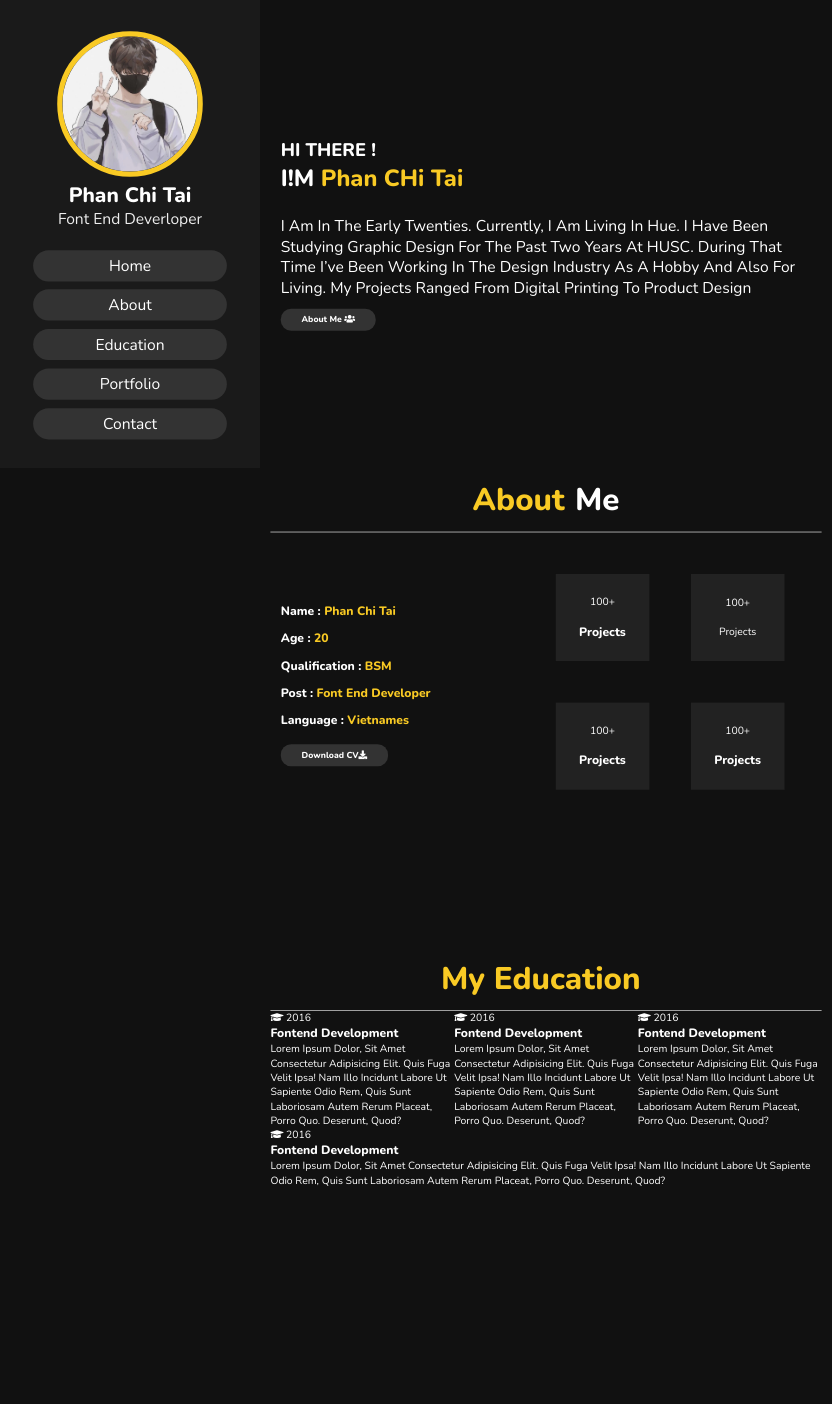
Repository: PCTai/My-profile
Page: index.html
An editor plug-in stored every save of this project. The page is shown before and after the next save, followed by the edit.
The browser window is 1280 px wide. The pictures show the whole page, at 65% of full size.

Above is the page before, as saved 2022-01-12 08:23:42.

### index.html
<!DOCTYPE html>
<html lang="en">
<head>
    <meta charset="UTF-8">
    <meta http-equiv="X-UA-Compatible" content="IE=edge">
    <meta name="viewport" content="width=device-width, initial-scale=1.0">
    <link rel="preconnect" href="https://fonts.googleapis.com">
    <link rel="preconnect" href="https://fonts.gstatic.com" crossorigin>
    <link href="https://fonts.googleapis.com/css2?family=Nunito:ital,wght@0,400;0,600;0,800;1,200;1,300&display=swap" rel="stylesheet">
    <link rel="stylesheet" href="./assets/font/fontawesome-free-5.15.3-web/css/all.css">

    <link rel="stylesheet" href="./assets/css/style.css">
    <link rel="stylesheet" href="./assets/css/reponsive.css">
    <title>Document</title>
</head>
<body>
    <span class="bg-layer"> </span>
    <!-- Header start -->
    <header>
        <div class="user">
            <img src="./assets/imgs/user.jpg" alt="">
            <h3 class="name">Phan Chi Tai</h3>
            <div class="post">Font End Deverloper</div>
        </div>
        <div class="navbar">
            <ul>
                <li><a href="#home">home</a></li>
                <li><a href="#about">About</a></li>
                <li><a href="#education">Education</a></li>
                <li><a href="#portfolio">Portfolio</a></li>
                <li><a href="#contact">Contact</a></li>
            </ul>
        </div>
    </header>
    <!-- Header end -->
    <div id="menu"class="fas fa-bars">
    </div>
    <!-- start home -->
    <section id="home" class="home">

        <h3>HI THERE !</h3>
        <h1>I!M <span>Phan CHi Tai</span></h1>
        <p>I am in the early twenties. Currently, I am living in Hue. I have been studying graphic design for the past two years at  HUSC. During that time I’ve been working in the design industry as a hobby and also for living. My projects ranged from digital printing to product design</p>
        <a href="#about"> <button class="btn">About me <i class="fas fa-users"></i></button></a>


    </section>
    <!-- end home -->
    <!-- start about -->
    <section id="about" class="about">
        <div class="heading"><h1><span>About</span>Me</h1></div>
        <div class="row">
            <div class="info">
                <h3>Name : <span>Phan Chi Tai</span></h3>
                <h3>Age : <span>20</span></h3>
                <h3>Qualification : <span>BSM</span></h3>
                <h3>Post : <span>Font End Developer</span></h3>
                <h3>Language : <span>Vietnames</span></h3>
                <a href="#about"> <button class="btn">Download CV<i class="fas fa-download"></i></button></a>
            </div>
            <div class="counter">
                <div class="box">
                    <span>100+</span>
                    <br>
                    <h3>projects</h3>
                </div>
                <div class="box">
                    <span>100+</span>
                    <br>
                    <p>projects</p>
                </div>
                <div class="box">
                    <span>100+</span>
                    <br>
                    <h3>projects</h3>
                </div>
                <div class="box">
                    <span>100+</span>
                    <br>
                    <h3>projects</h3>
                </div>
            </div>
        </div>
    </section>

    <!-- end about -->
    <!-- start education -->
    <section id="education" class="education">
        <div class="heading"><h1><span>My Education</span></h1></div>
        <div class="container-box">
            <div class="box-e">
                <i class="fas fa-graduation-cap"></i>
                <span>2016</span>
                <h3>Fontend development</h3>
                <p>Lorem ipsum dolor, sit amet consectetur adipisicing elit. Quis fuga velit ipsa! Nam illo incidunt labore ut sapiente odio rem, quis sunt laboriosam autem rerum placeat, porro quo. Deserunt, quod?</p>
            </div>
            <div class="box-e">
                <i class="fas fa-graduation-cap"></i>
                <span>2016</span>
                <h3>Fontend development</h3>
                <p>Lorem ipsum dolor, sit amet consectetur adipisicing elit. Quis fuga velit ipsa! Nam illo incidunt labore ut sapiente odio rem, quis sunt laboriosam autem rerum placeat, porro quo. Deserunt, quod?</p>
            </div>
            <div class="box-e">
                <i class="fas fa-graduation-cap"></i>
                <span>2016</span>
                <h3>Fontend development</h3>
                <p>Lorem ipsum dolor, sit amet consectetur adipisicing elit. Quis fuga velit ipsa! Nam illo incidunt labore ut sapiente odio rem, quis sunt laboriosam autem rerum placeat, porro quo. Deserunt, quod?</p>
            </div>
            <div class="box-e">
                <i class="fas fa-graduation-cap"></i>
                <span>2016</span>
                <h3>Fontend development</h3>
                <p>Lorem ipsum dolor, sit amet consectetur adipisicing elit. Quis fuga velit ipsa! Nam illo incidunt labore ut sapiente odio rem, quis sunt laboriosam autem rerum placeat, porro quo. Deserunt, quod?</p>
            </div>

        </div>
    </section>

    <!-- end education -->


    <script src="./app.js"></script>
</body>
</html>

### assets/css/style.css
:root{
    --yellow: #f9ca24;
}
*{
    font-family: 'Nunito', sans-serif;
    margin: 0;padding: 0;
    box-sizing: border-box;
    text-decoration: none;
    outline: none;border: none;
    text-transform: capitalize;
    transition: all .2s linear;
}
html{
    font-size: 62,5%;
    overflow: hidden;
}
::selection{
    background-color: var(--yellow);
    color: #333;

}
html::-webkit-scrollbar{
    width: 2rem;
}
html::-webkit-scrollbar-track{
    background-color: #333;
}
html::-webkit-scrollbar-thumb{
    background-color: var(--yellow);
}
body{
    padding-left: 25rem;
    background: #111;
}
header{
    position: fixed;
    top: 0;
    left: 0;
    z-index: 1000;
    height: 100%;
    display: flex;
    flex-direction: column;
    justify-content: center;
    align-items: center;
    width: 25rem;
    background-color: #1a1a1a;
}

.user img{
    margin-top: 2rem;
    height: 14rem;
    width: 14rem;
    border-radius: 50%;
    object-fit: cover;
    border: 0.5rem solid var(--yellow);

}
header .user .name{
    text-align: center;
    font-size: 2rem;
    color: #fff;
}
header .user .post{
    text-align: center;
    font-size: 1.5rem;
    color: #eee;
}
header .navbar ul{
    margin-top: 1rem;
    list-style: none;
    padding: 1rem 3rem;
}
header .navbar ul li a:hover{
    background-color: var(--yellow);
}
header .navbar ul li a{
    display: block;
    padding: 0.5rem 6rem;
   margin-bottom: 0.8rem;
   background-color: #333;
   color: #fff;
   font-size: 1.5rem;
   border-radius: 5rem;
   text-align: center;
   cursor: pointer;
}
#menu:hover{
    color: var(--yellow);
}


#menu{
    position: fixed;
    z-index: 1000;
    top: 1rem;
    right: 1rem;
    color: #fff;
    padding: 1rem;
    background-color: #222;
    font-size: 2rem;
    cursor: pointer;
}
section{
    min-height: 100vh;
    padding: 1rem;
}
/* home */
.home{
    font-size: 1.5rem;
    color: #fff;
    display: flex;
    flex-direction: column;
    padding: 0 2rem;
    justify-content: center;
}
.btn:hover{
    background-color: var(--yellow);
    cursor: pointer;
}
.btn{
    padding: 0.5rem 2rem;
    border-radius: 1rem;
    margin-top: 1rem;
    font-weight: bold;
    background-color: #333;
    color: #fff;
}
.home span{
    color: var(--yellow);
    margin-bottom: 2rem;

}
.home h1{
    margin-bottom: 2rem;

}
/* about */
.about , .education{
    color: #fff;

}
.heading{
    font-size: 2rem;
    text-align: center;
    padding: 1rem;
    border-bottom: 0.1rem solid #eee;

}
.heading span{
    color: var(--yellow);
    padding-right: 1rem;
}
.info{
    flex: 1 1 45%;
    padding: 1rem;
    padding-left: 1rem;

}
.info span{
    color: var(--yellow);
}
.info h3{
    padding: 0.5rem 0;
}
.row{
    margin-top: 2rem;
    display: flex;
    justify-content: center;
    align-items: center;
    flex-wrap: wrap;

}
.counter{
    flex:1 1 55%;
    width: 55%;
    justify-content: center;
    display: flex;
    flex-wrap: wrap;

}
.box{
    background-color: #222;
    width: 7.5rem;
    padding: 2rem 0;
    text-align: center;
    margin: 0.5rem;
    display: flex;
    flex-direction: column;
    align-items: center;
    justify-content: center;

}

/* education */
.container-box{
    display: flex;
    flex-wrap: wrap;

}
.box-e{
    flex:33%;
}

### assets/css/reponsive.css

@media (min-width:1200px){
    #menu{
        display: none;
    }
    .box{
        width: 12rem;
        margin: 2rem;
    }
    html{
        font-size: 100%;
    }
    .about{
        padding: 0 1rem;
    }
}
@media (min-width:1024px){
    #menu{
        display: none;
    }
    .box{
        width: 9rem;
    }
    header{
        left: 0% !important;
    }
}
@media (max-width:1024px){
    header{
        left: -125%;
    }
    body{
        padding: 0 2rem;
    }
    #menu{
        display: block;
    }
    .box{
        width: 9rem;
        margin: 1.5rem;
    }
}
@media (max-width:486px){

    section{
        width: 100%;
        font-size: 60%;
        padding: 2rem 0;
        margin: 0;
    }
    header{

        width: 100vw;
    }
    .toggle{
        left: -125% ;
    }
   .info,.counter{
        width: 100%;
   }
   .about{
       font-size: 80%;
   }
   .heading{
       font-size: 1.4rem;
   }
   .box{
    width: 100%;
    margin: 1rem 0;
    }

}
@media (max-width:939px){
    .row{
        flex-direction: column;
    }
    .info,.counter{
        width: 100%;
   }

}

### app.js

var menu=document.getElementById('menu');
var header=document.querySelector('header');
menu.onclick=function(e){
    if(this.className=='fas fa-bars'){
        this.classList.remove('fa-bars');
        this.classList.add('fa-times');
        header.style='left:0%';
    }
    else{
        this.classList.remove('fa-times');
        this.classList.add('fa-bars');
        header.style='left:-125%';
    }
};
var section = document.querySelectorAll('section');
for(var i=0 ; i<section.length;i++){
    // console.log(section[i]);
    section[i].onclick =function(){
        if(screen.width<'1024'){
            header.style='left:-125%';
            menu.classList.remove('fa-times');
            menu.classList.add('fa-bars');
        }

    }

}

var navbar = document.querySelectorAll('header .navbar ul li a');
for(var i=0 ; i<navbar.length;i++){
    // console.log(section[i]);
    navbar[i].onclick =function(){
        if(screen.width<'1024'){
            header.style='left:-125%';
            menu.classList.remove('fa-times');
            menu.classList.add('fa-bars');
        }

    }

}

Loaded but not shown: assets/font/fontawesome-free-5.15.3-web/css/all.css (library)

After the next save:
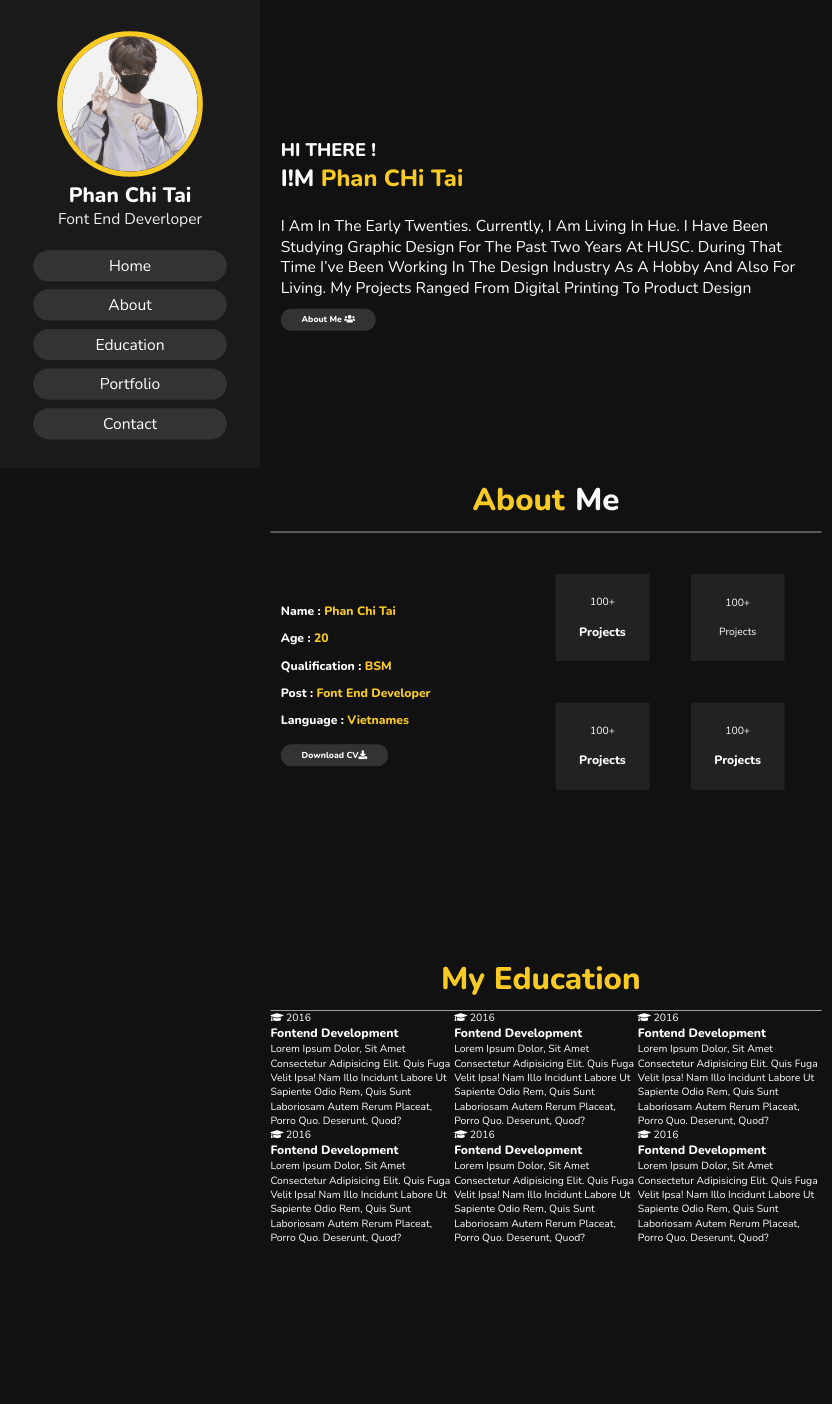
Saved 14 s later.
--- a/index.html
+++ b/index.html
@@ -112,6 +112,18 @@
                 <h3>Fontend development</h3>
                 <p>Lorem ipsum dolor, sit amet consectetur adipisicing elit. Quis fuga velit ipsa! Nam illo incidunt labore ut sapiente odio rem, quis sunt laboriosam autem rerum placeat, porro quo. Deserunt, quod?</p>
             </div>
+            <div class="box-e">
+                <i class="fas fa-graduation-cap"></i>
+                <span>2016</span>
+                <h3>Fontend development</h3>
+                <p>Lorem ipsum dolor, sit amet consectetur adipisicing elit. Quis fuga velit ipsa! Nam illo incidunt labore ut sapiente odio rem, quis sunt laboriosam autem rerum placeat, porro quo. Deserunt, quod?</p>
+            </div>
+            <div class="box-e">
+                <i class="fas fa-graduation-cap"></i>
+                <span>2016</span>
+                <h3>Fontend development</h3>
+                <p>Lorem ipsum dolor, sit amet consectetur adipisicing elit. Quis fuga velit ipsa! Nam illo incidunt labore ut sapiente odio rem, quis sunt laboriosam autem rerum placeat, porro quo. Deserunt, quod?</p>
+            </div>
 
         </div>
     </section>
